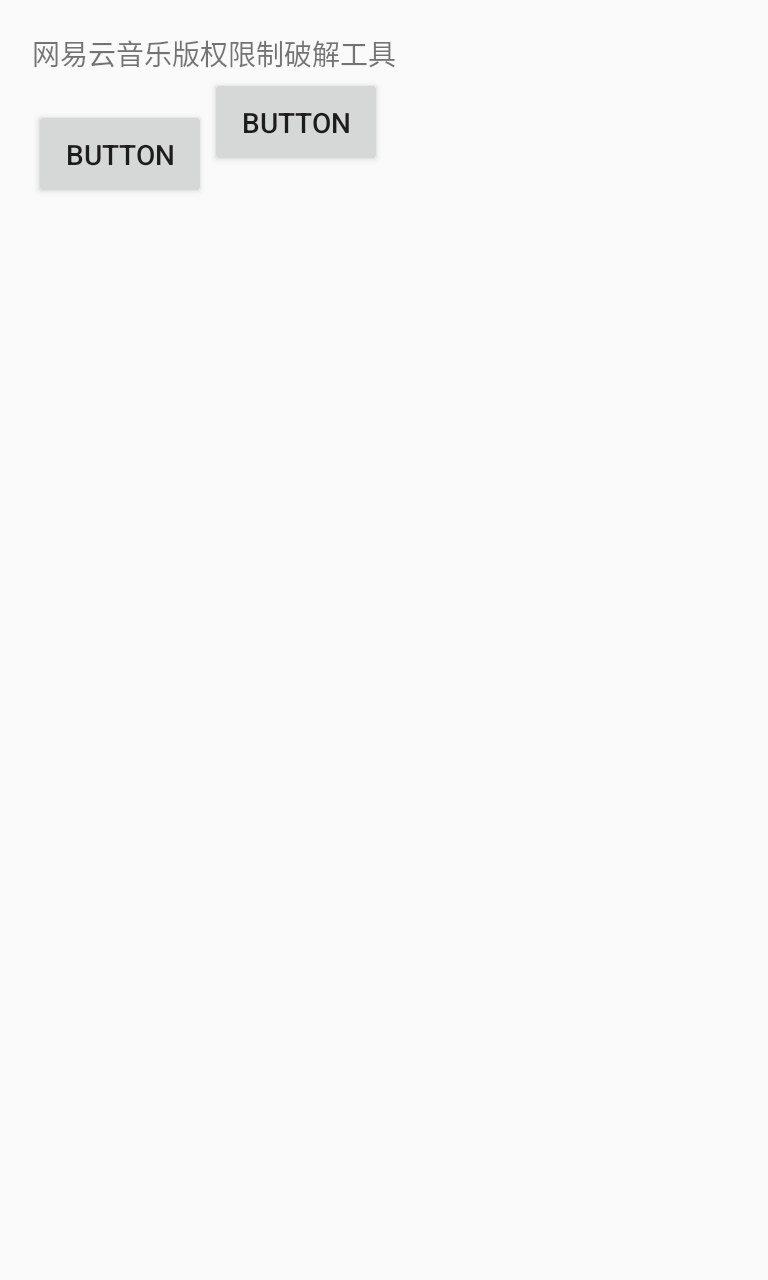
Repository: azureplus/163-music-unlock
Layout: workspace/NetEastMusicCracker/res/layout/activity_main.xml
An editor plug-in stored every save of this project. The layout is shown before and after the next save, followed by the edit.
It is drawn on a 768 x 1280 px phone screen (xhdpi) without system bars, with theme AppTheme; the app's code is not run.

Above is the layout before, as saved 2015-10-25 18:49:23.

After the next save:
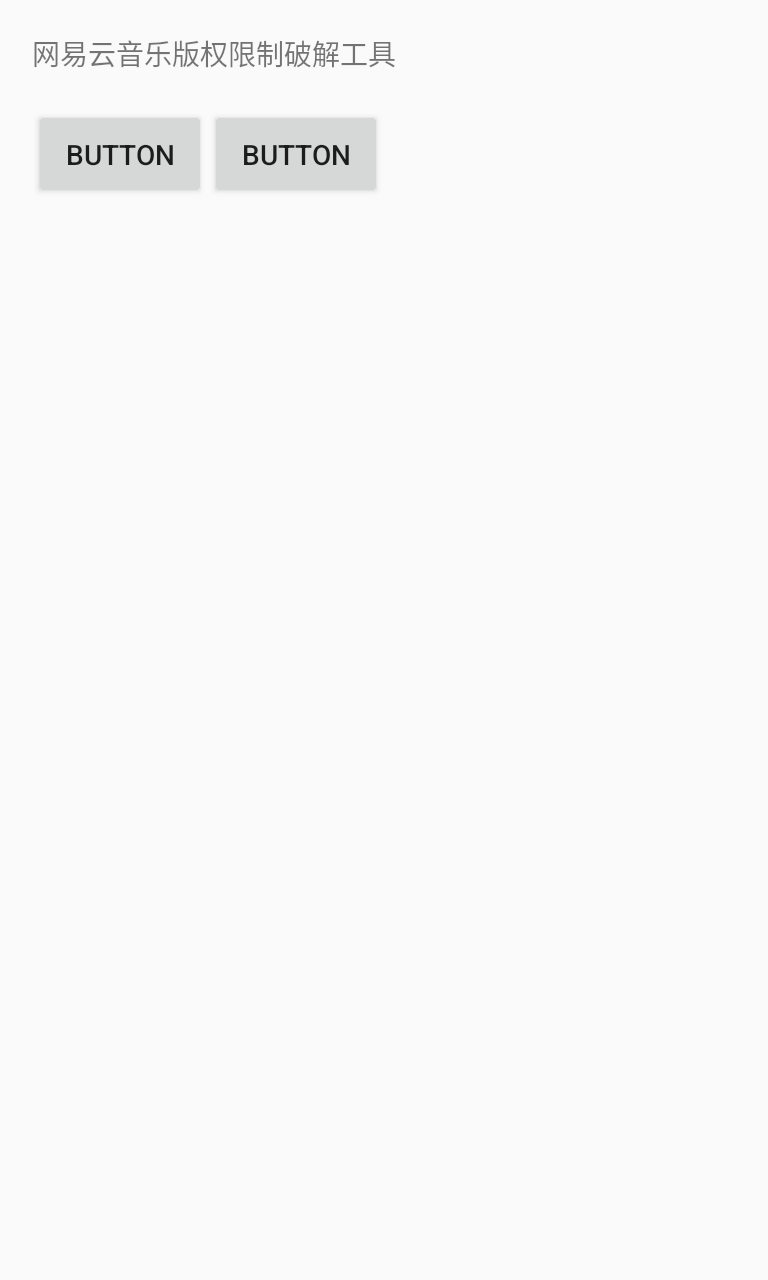
Saved 13 s later.
--- a/workspace/NetEastMusicCracker/res/layout/activity_main.xml
+++ b/workspace/NetEastMusicCracker/res/layout/activity_main.xml
@@ -29,6 +29,7 @@
         android:layout_height="wrap_content"
         android:layout_toRightOf="@+id/button_activate"
         android:layout_below="@+id/textView1"
+        android:layout_marginTop="16dp"
         android:text="Button" />
 
 </RelativeLayout>
